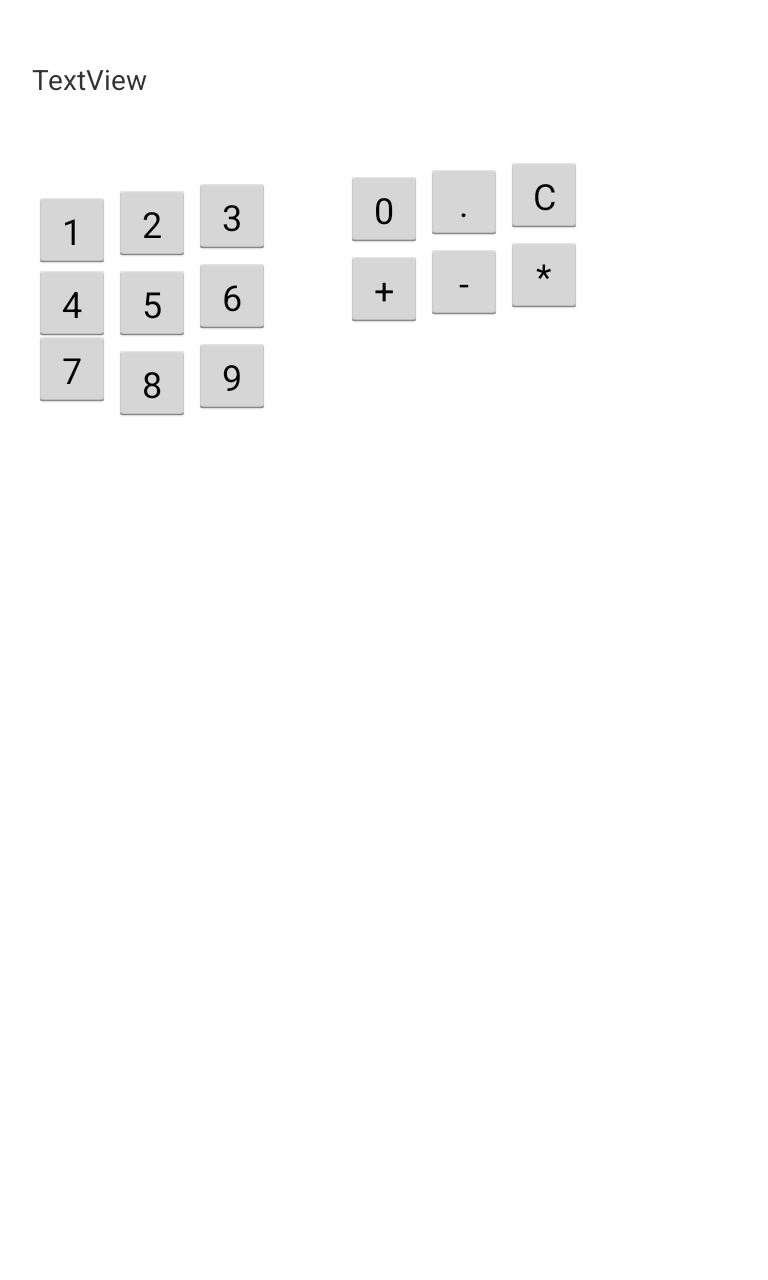
Repository: khushboop-optimus/Android-Assignment
Layout: calculator/res/layout/activity_main.xml
These files come from the project's save history. The layout is drawn as it stood at one moment and after the next save; the edit follows.
It is drawn on a 768 x 1280 px phone screen (xhdpi) without system bars, with theme AppTheme; the app's code is not run.

Above is the layout before, as saved 2013-09-13 04:28:33.

### calculator/res/layout/activity_main.xml
<RelativeLayout xmlns:android="http://schemas.android.com/apk/res/android"
    xmlns:tools="http://schemas.android.com/tools"
    android:layout_width="match_parent"
    android:layout_height="match_parent"
    android:paddingBottom="@dimen/activity_vertical_margin"
    android:paddingLeft="@dimen/activity_horizontal_margin"
    android:paddingRight="@dimen/activity_horizontal_margin"
    android:paddingTop="@dimen/activity_vertical_margin"
    tools:context=".MainActivity" >


            <Button
                android:id="@+id/2"
                android:layout_width="40dp"
                android:layout_height="40dp"
                android:layout_alignBaseline="@+id/1"
                android:layout_alignBottom="@+id/1"
                android:layout_toRightOf="@+id/1"
                android:text="2" />

            <Button
                android:id="@+id/4"
                android:layout_width="40dp"
                android:layout_height="40dp"
                android:layout_below="@+id/2"
                android:layout_toLeftOf="@+id/2"
                android:text="4" />

            <Button
                android:id="@+id/5"
                android:layout_width="40dp"
                android:layout_height="40dp"
                android:layout_below="@+id/2"
                android:layout_toRightOf="@+id/1"
                android:text="5" />

            <TextView
                android:id="@+id/textView1"
                android:layout_width="500dp"
                android:layout_height="40dp"
                android:layout_alignParentTop="true"
                android:layout_marginTop="14dp"
                android:text="TextView" />

            <Button
                android:id="@+id/1"
                android:layout_width="40dp"
                android:layout_height="40dp"
                android:layout_alignLeft="@+id/textView1"
                android:layout_below="@+id/textView1"
                android:layout_marginTop="25dp"
                android:text="1" />

            <Button
                android:id="@+id/Button01"
                android:layout_width="40dp"
                android:layout_height="40dp"
                android:layout_alignBaseline="@+id/3"
                android:layout_alignBottom="@+id/3"
                android:layout_centerHorizontal="true"
                android:text="0" />

            <Button
                android:id="@+id/Button02"
                android:layout_width="40dp"
                android:layout_height="40dp"
                android:layout_alignBaseline="@+id/Button01"
                android:layout_alignBottom="@+id/Button01"
                android:layout_toRightOf="@+id/Button01"
                android:text="." />

            <Button
                android:id="@+id/Button03"
                android:layout_width="40dp"
                android:layout_height="40dp"
                android:layout_alignBaseline="@+id/Button02"
                android:layout_alignBottom="@+id/Button02"
                android:layout_toRightOf="@+id/Button02"
                android:text="C" />

            <Button
                android:id="@+id/Button05"
                android:layout_width="40dp"
                android:layout_height="40dp"
                android:layout_alignBaseline="@+id/Button04"
                android:layout_alignBottom="@+id/Button04"
                android:layout_toLeftOf="@+id/Button03"
                android:text="-" />

            <Button
                android:id="@+id/Button06"
                android:layout_width="40dp"
                android:layout_height="40dp"
                android:layout_alignBaseline="@+id/Button05"
                android:layout_alignBottom="@+id/Button05"
                android:layout_alignLeft="@+id/Button03"
                android:text="*" />

            <Button
                android:id="@+id/7"
                android:layout_width="40dp"
                android:layout_height="40dp"
                android:layout_alignBaseline="@+id/9"
                android:layout_alignBottom="@+id/9"
                android:layout_alignParentLeft="true"
                android:text="7" />

            <Button
                android:id="@+id/9"
                android:layout_width="40dp"
                android:layout_height="40dp"
                android:layout_alignBaseline="@+id/8"
                android:layout_alignBottom="@+id/8"
                android:layout_toRightOf="@+id/5"
                android:text="9" />

            <Button
                android:id="@+id/8"
                android:layout_width="40dp"
                android:layout_height="40dp"
                android:layout_below="@+id/5"
                android:layout_toLeftOf="@+id/9"
                android:text="8" />

            <Button
                android:id="@+id/3"
                android:layout_width="40dp"
                android:layout_height="40dp"
                android:layout_alignBaseline="@+id/2"
                android:layout_alignBottom="@+id/2"
                android:layout_toRightOf="@+id/2"
                android:text="3" />

            <Button
                android:id="@+id/6"
                android:layout_width="40dp"
                android:layout_height="40dp"
                android:layout_above="@+id/9"
                android:layout_toRightOf="@+id/5"
                android:text="6" />

            <Button
                android:id="@+id/Button04"
                android:layout_width="40dp"
                android:layout_height="40dp"
                android:layout_alignLeft="@+id/Button01"
                android:layout_below="@+id/Button01"
                android:text="+" />

</RelativeLayout>

Loaded but not shown: calculator/res/values/styles.xml (common file); calculator/res/values-v11/styles.xml (common file); calculator/res/values-v14/styles.xml (common file); calculator/res/values/dimens.xml (common file)

After the next save:
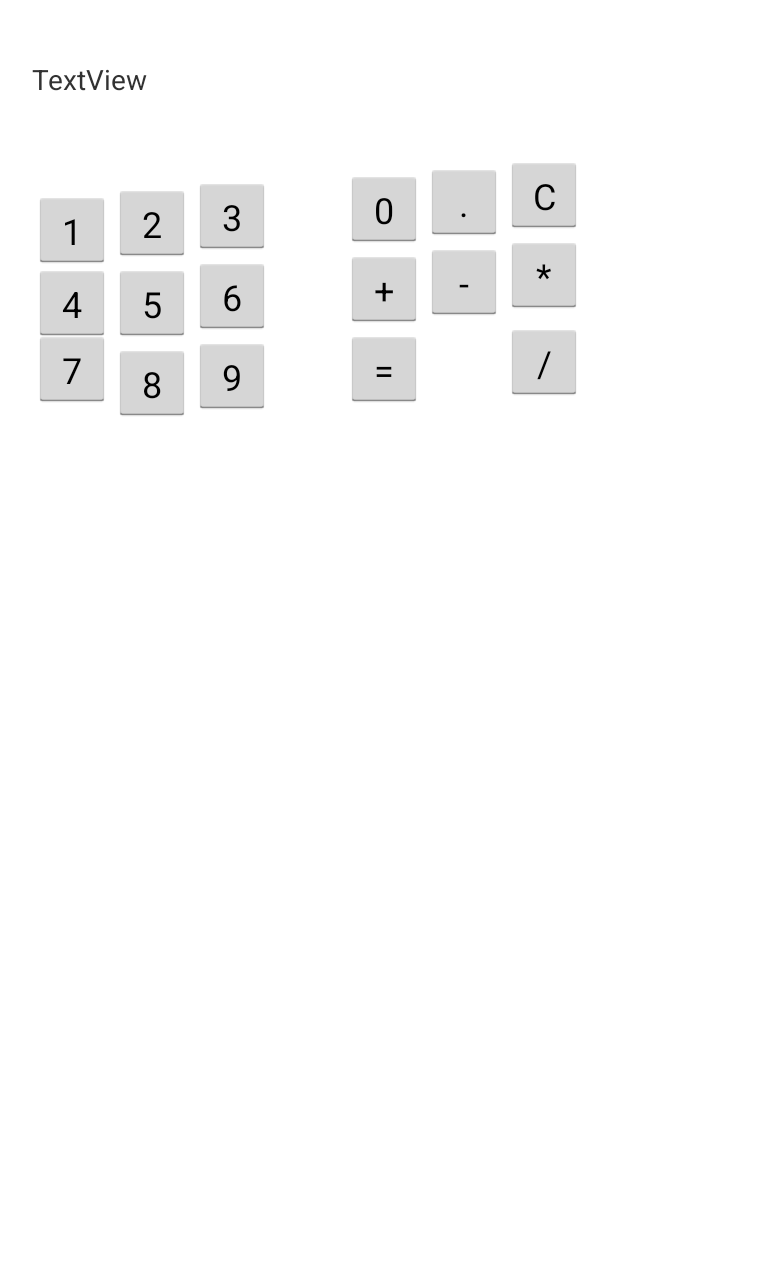
Saved 65 s later.
--- a/calculator/res/layout/activity_main.xml
+++ b/calculator/res/layout/activity_main.xml
@@ -147,4 +147,22 @@
                 android:layout_below="@+id/Button01"
                 android:text="+" />
 
+            <Button
+                android:id="@+id/Button08"
+                android:layout_width="40dp"
+                android:layout_height="40dp"
+                android:layout_alignBaseline="@+id/Button07"
+                android:layout_alignBottom="@+id/Button07"
+                android:layout_toRightOf="@+id/Button05"
+                android:text="/" />
+
+            <Button
+                android:id="@+id/Button07"
+                android:layout_width="40dp"
+                android:layout_height="40dp"
+                android:layout_alignBaseline="@+id/9"
+                android:layout_alignBottom="@+id/9"
+                android:layout_toLeftOf="@+id/Button05"
+                android:text="=" />
+
 </RelativeLayout>
